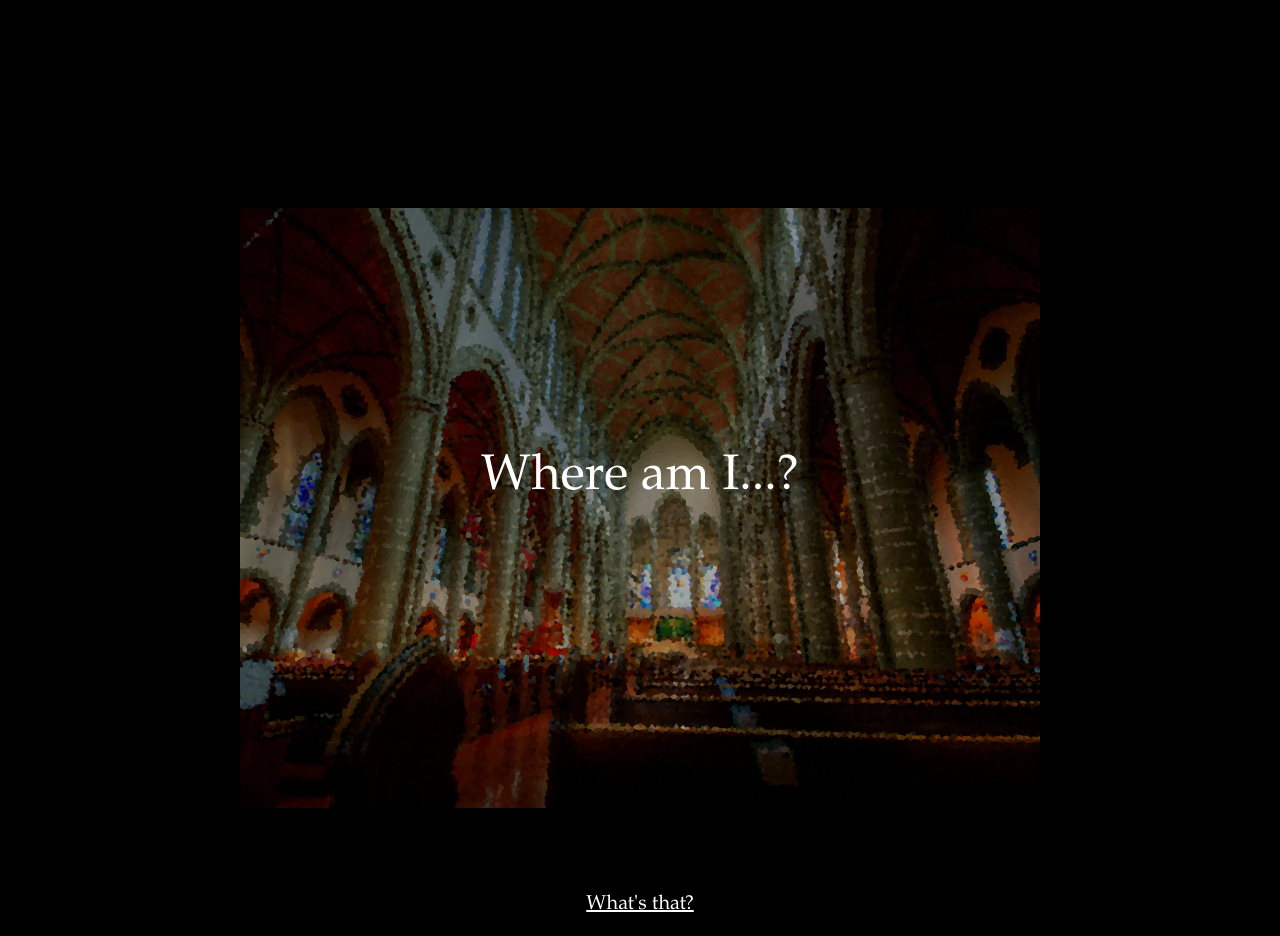
Repository: yiy225/yiy225.github.io
Page: final/page3.html
The author's editor kept a record of every edit. The page is drawn from the files as they stood at one moment, then again after the next edit.
The browser window is 1280 px wide. The pictures show the whole page.

Above is the page before.

After the next edit:
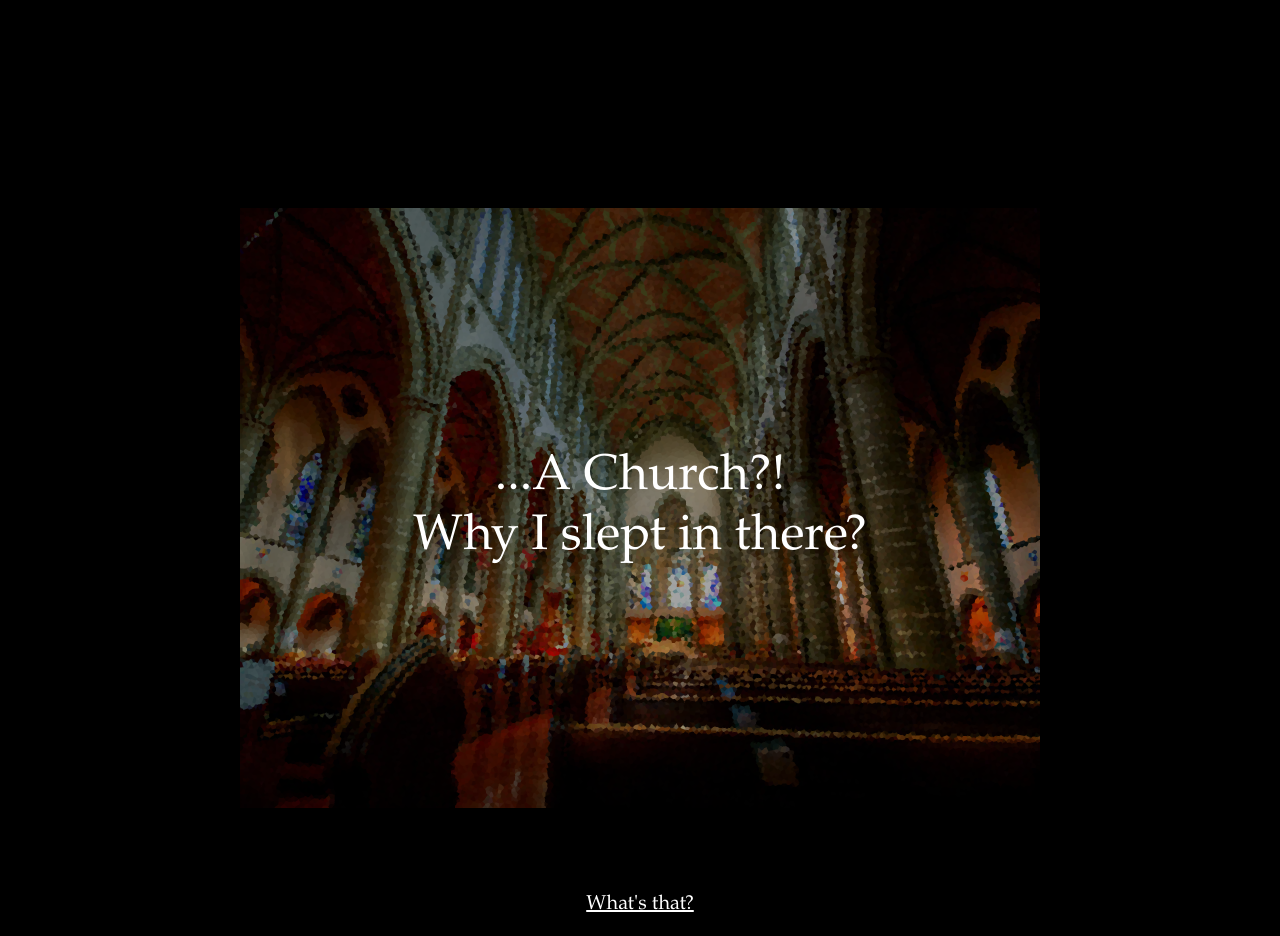
The edit:
--- a/final/page3.html
+++ b/final/page3.html
@@ -12,7 +12,9 @@
          <br>
          <br>
          <br>
-         Where am I...?</div>
+         ...A Church?!
+         <br>
+         Why I slept in there?</div>
      <br>
      <a href="page3">What's that?</a>
 
